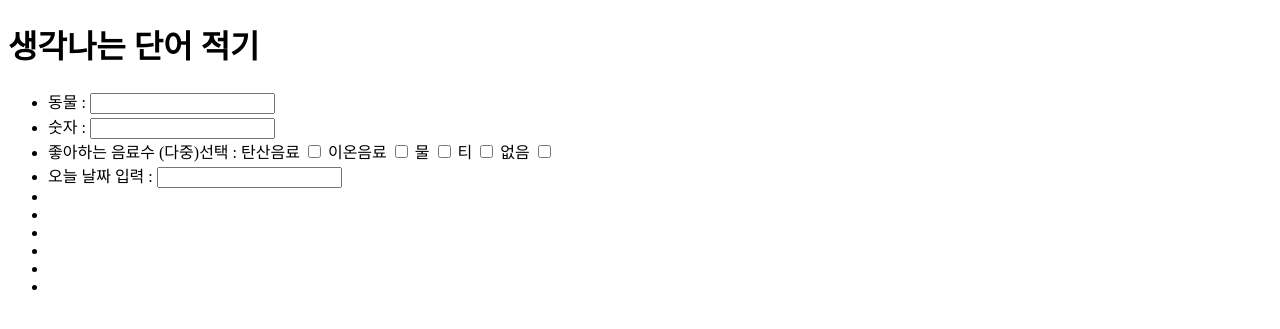
Repository: ham-zi/front-practice
Page: dynamic-workspace/MyFirstWebProject/src/main/webapp/views/request_get2.html
These files come from the project's save history. The page is drawn as it stood at one moment and after the next save; the edit follows.
The browser window is 1280 px wide. The pictures show the whole page.

Above is the page before, as saved 2026-05-04 08:20:01.

After the next save:
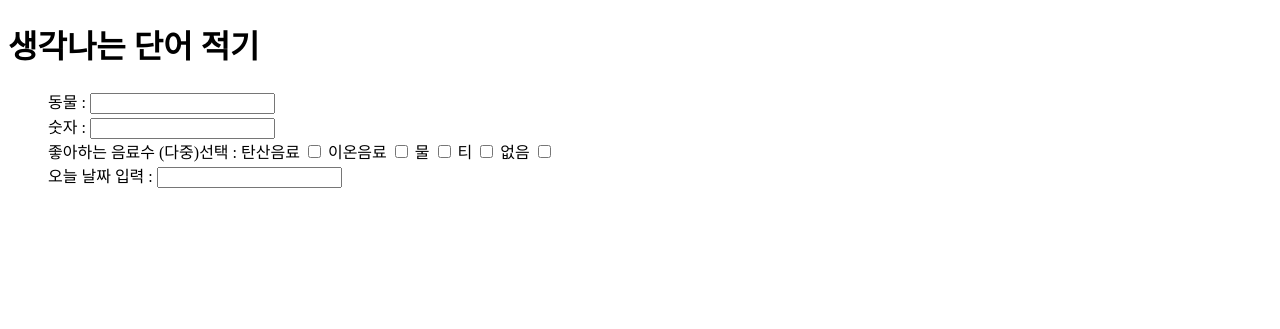
Saved 9 s later.
--- a/dynamic-workspace/MyFirstWebProject/src/main/webapp/views/request_get2.html
+++ b/dynamic-workspace/MyFirstWebProject/src/main/webapp/views/request_get2.html
@@ -6,7 +6,7 @@
 
 <style>
 	ul{
-		line-style : none;
+		list-style : none;
 	}
 </style>
 
